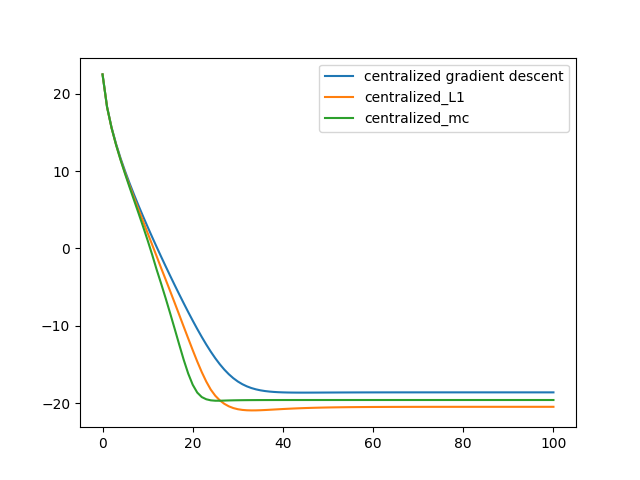
Repository: komuro-zero/distributed-optimization
Script's output: python main_weakly_sparse.py
These files come from the project's save history. The script's output is drawn as it stood at one moment and after the next save; the edit follows.
Random numbers start from a fixed seed.

Above is the script's output before, as saved 2019-09-26 19:21:52.

After the next save:
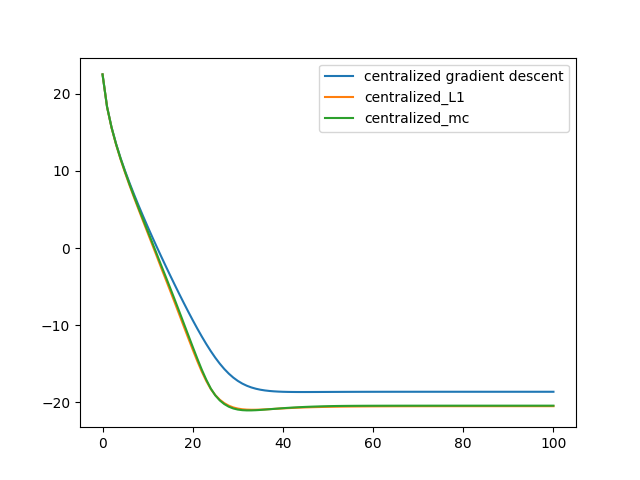
Saved 9 s later.
--- a/main_weakly_sparse.py
+++ b/main_weakly_sparse.py
@@ -19,7 +19,7 @@ class distributed_updates(functions):
         #self.eta = 0.2
         #self.rho = s
         # elf.lamb*(10**2)
-        self.lamb = 3
+        self.lamb = 1
         self.eta = 0.003
         self.rho = self.lamb*(1**2)
         if self.lamb/self.rho <= self.eta*self.lamb:
